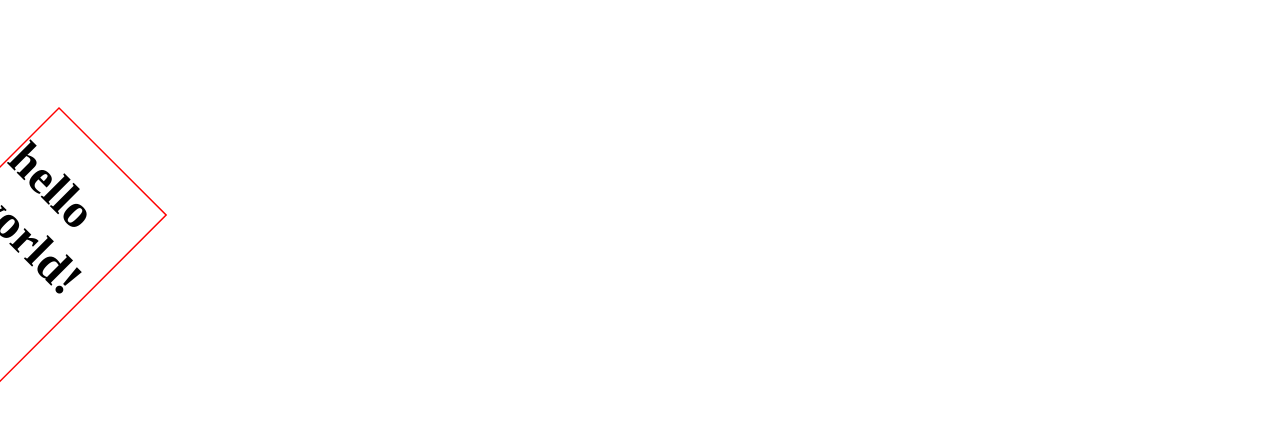
Repository: XiaoSheng-hub/vue_study
Page: css基础/Demo09.html
An editor plug-in stored every save of this project. The page is shown before and after the next save, followed by the edit.
The browser window is 1280 px wide. The pictures show the whole page.

Above is the page before, as saved 2022-03-29 13:54:07.

After the next save:
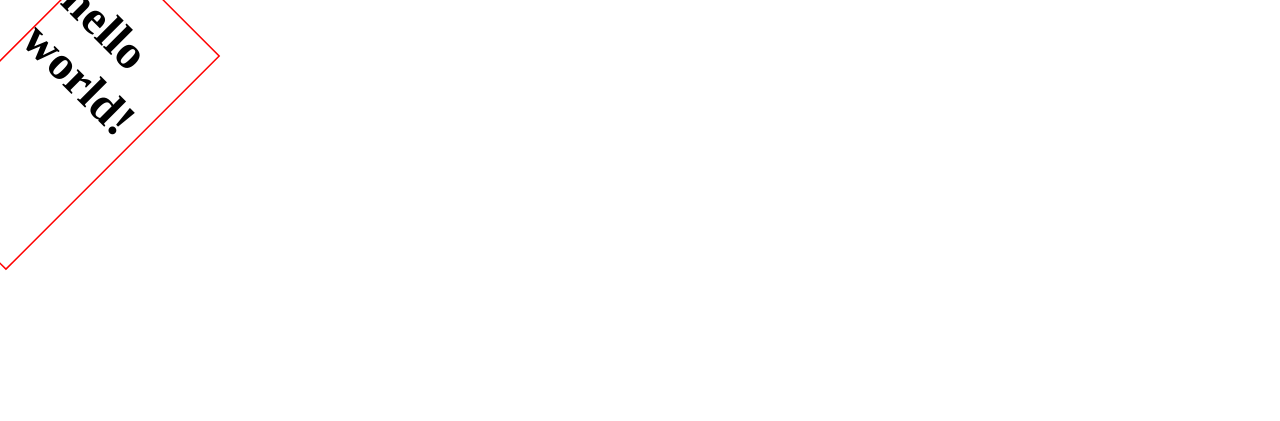
Saved 12 s later.
--- a/css基础/Demo09.html
+++ b/css基础/Demo09.html
@@ -12,7 +12,7 @@
             border: 1px solid red;
             /* border-radius: 50px;
             box-shadow: 10px 50px 20px blue; */
-            transform: rotate(45deg) scale(1.5) translate(50px,100px);
+            transform: rotate(45deg) scale(1.5) ;
         }
     </style>
 </head>

After the 2 saves that followed:
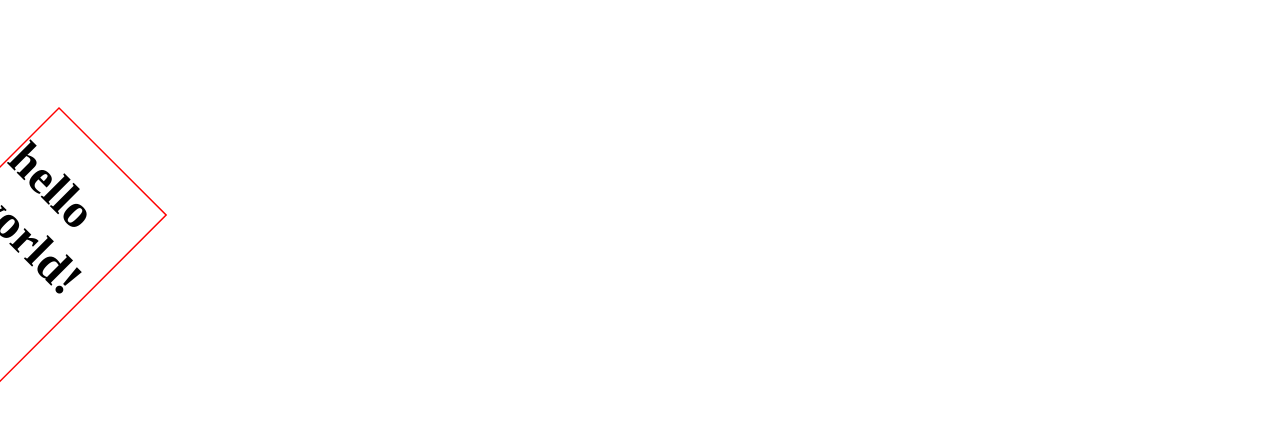
The 2 saves are shown as one change because they came seconds apart.
The last was saved 7 s later.
--- a/css基础/Demo09.html
+++ b/css基础/Demo09.html
@@ -12,7 +12,7 @@
             border: 1px solid red;
             /* border-radius: 50px;
             box-shadow: 10px 50px 20px blue; */
-            transform: rotate(45deg) scale(1.5) ;
+            transform: rotate(45deg) scale(1.5) translate(50px,100px);
         }
     </style>
 </head>
